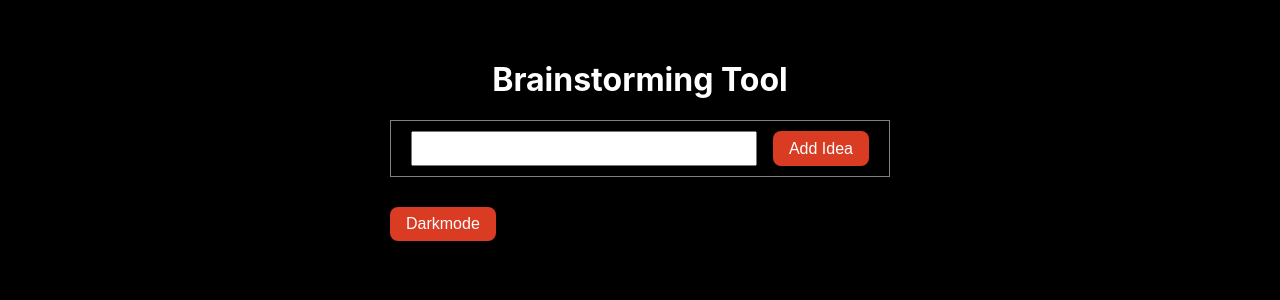
Repository: MateoD-0700/brainstorming-tool-v1
Page: /, after clicking the first element matching `div > button`
An editor plug-in stored every save of this project. The page is shown before and after the next save, followed by the edit.
The browser window is 1280 px wide. The pictures show the whole page.
The project was rebuilt for these pictures with package versions that can differ from the ones it lists, and the page was loaded fresh each time.

Above is the page before, as saved 2021-10-13 22:34:12.

After the next save:
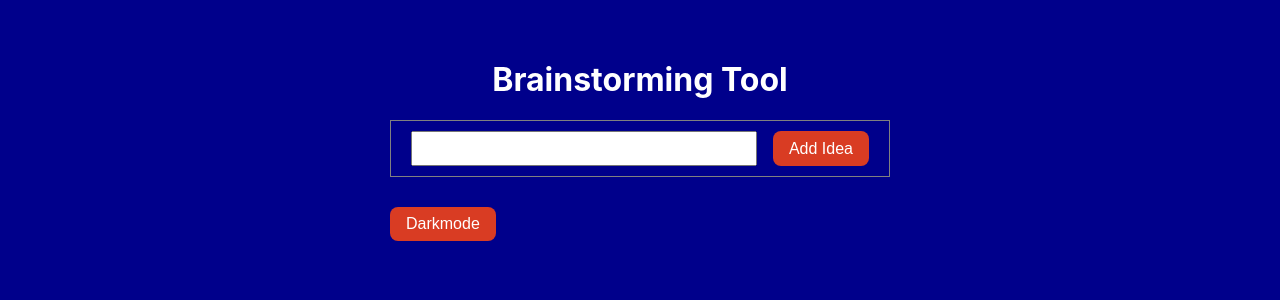
Saved 22 s later.
--- a/src/App.css
+++ b/src/App.css
@@ -82,7 +82,7 @@ input[type='text'] { font-size: 20px; font-family: monospace; }
 }
 
 .dark {
-  background: black;
+  background: darkblue;
 }
 .dark h1 {
   color: white;
